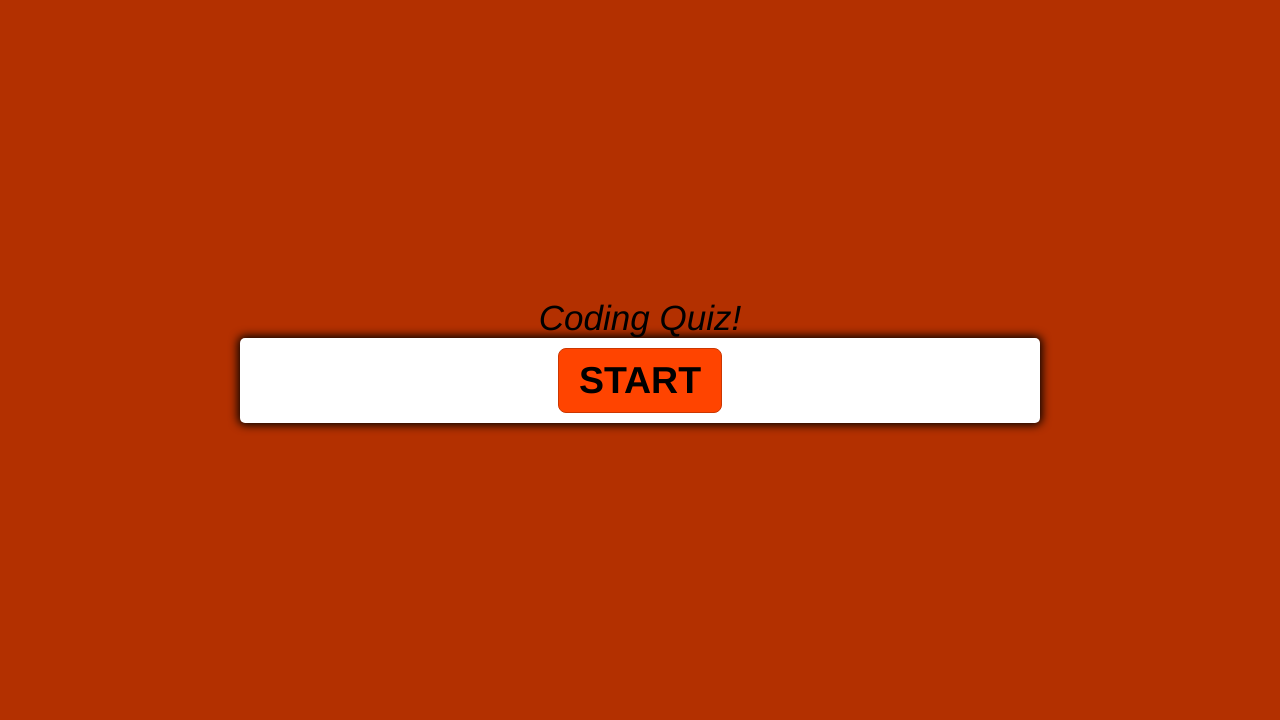
Repository: Vshepard879/Code-Quiz
Page: index.html
An editor plug-in stored every save of this project. The page is shown before and after the next save, followed by the edit.
The browser window is 1280 px wide. The pictures show the whole page.

Above is the page before, as saved 2022-03-18 19:13:22.

After the next save:
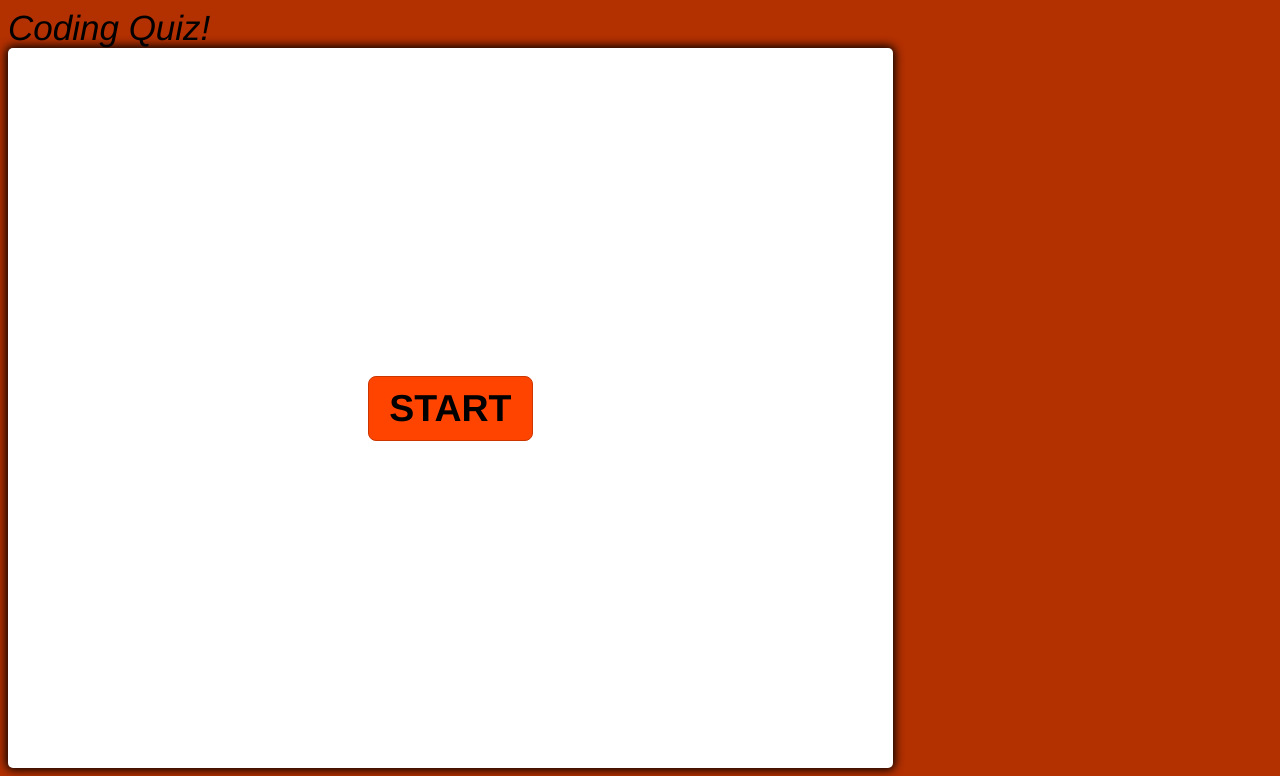
Saved 5 min 10 s later.
--- a/assets/css/style.css
+++ b/assets/css/style.css
@@ -16,14 +16,6 @@ header {
 }
 body{
     --hue: var(--hue-neutral);
-    padding: 0;
-    margin: 0;
-    display: flex;
-    flex-direction: column;
-    width: 100vw;
-    height: 100vh;
-    justify-content:center;
-    align-items:center;
     background-color:hsl(var(--hue), 100%, 35%);
 }
 
@@ -44,6 +36,14 @@ body{
     border-radius: 5px;
     padding: 10px;
     box-shadow: 0 0 10px 2px;
+    padding: 0;
+    margin: 0;
+    display: flex;
+    flex-direction: column;
+    width: 100vw;
+    height: 100vh;
+    justify-content:center;
+    align-items:center;
 }
 
 .btn-grid {
